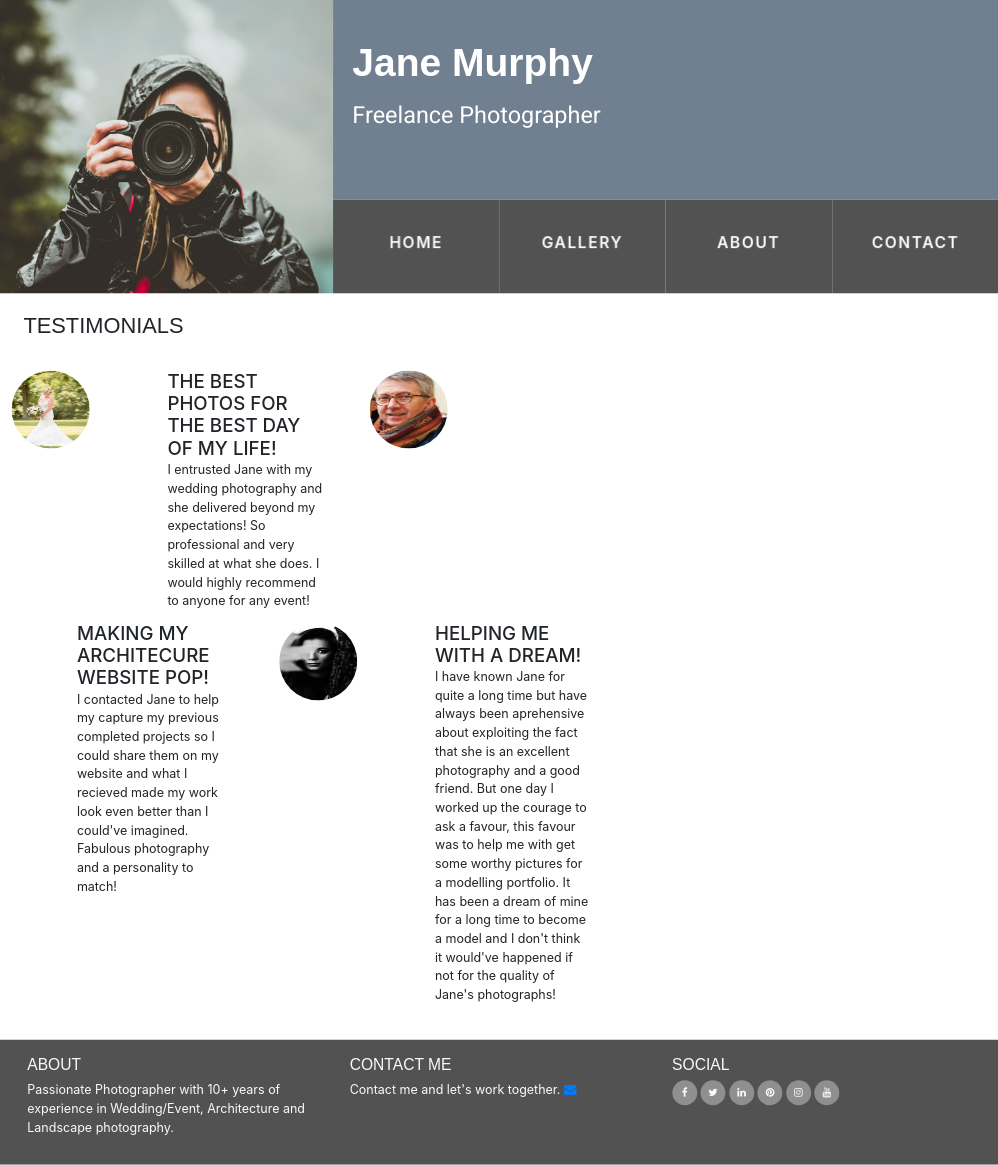
Repository: Code-Institute-Submissions/MrChrisRandall-milestone-1
Page: index.html
The author's editor kept a record of every edit. The page is drawn from the files as they stood at one moment, then again after the next edit.
The browser window is 1280 px wide. The pictures show the whole page, at 78% of full size.

Above is the page before.

After the next edit:
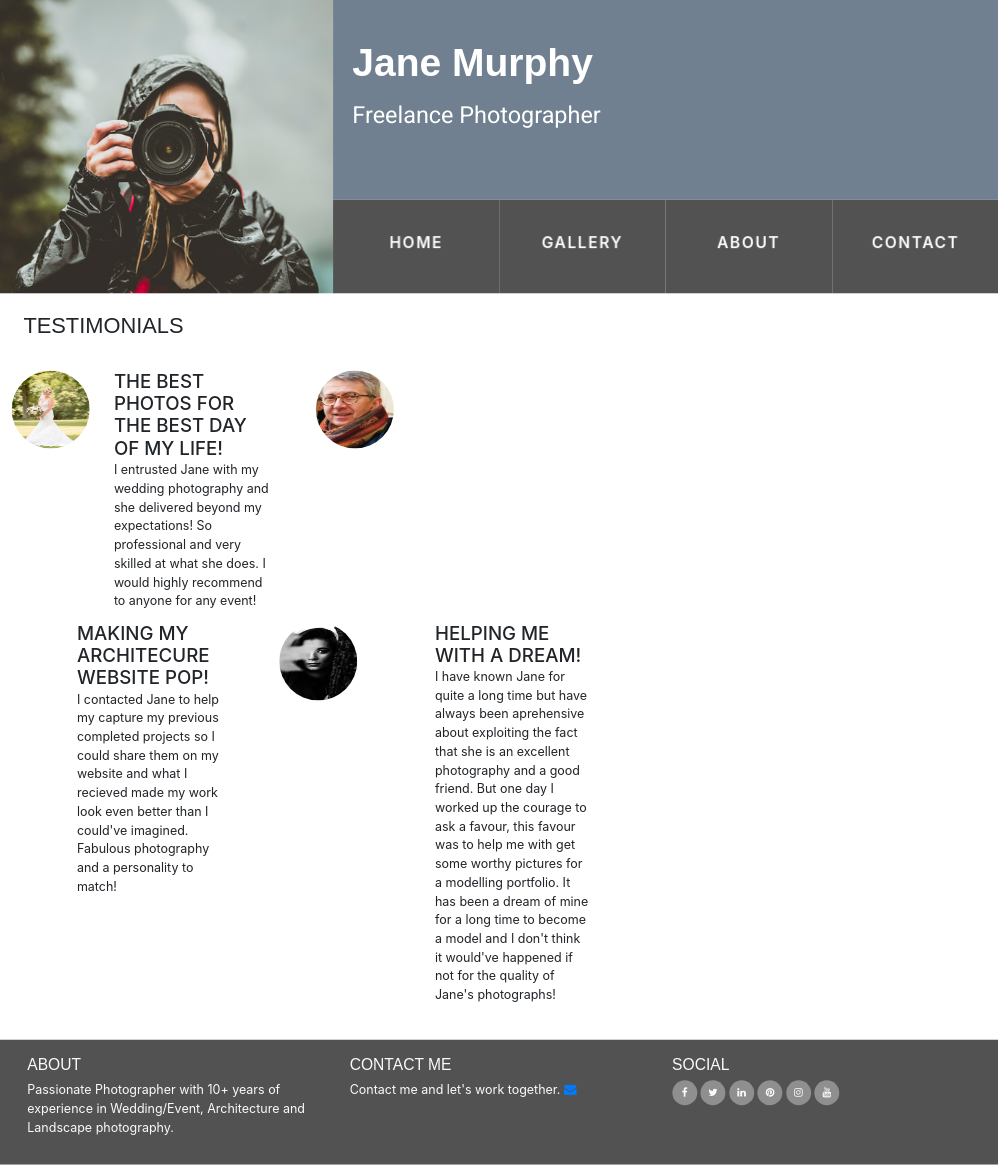
The edit:
--- a/index.html
+++ b/index.html
@@ -63,7 +63,7 @@
                     <div class="d-none d-sm-block">
                         <img src="assets/images/f1.jpg" class="rounded-circle mr-3" height=100 width=100>
                     </div>
-                    <div class="col-10 offset-1 offset-sm-1 col-sm-4 col-md-4">
+                    <div class="col-10 offset-1 offset-sm-0 col-sm-4 col-md-4">
                         <div class="row">
 
                             <div class="col-10">
